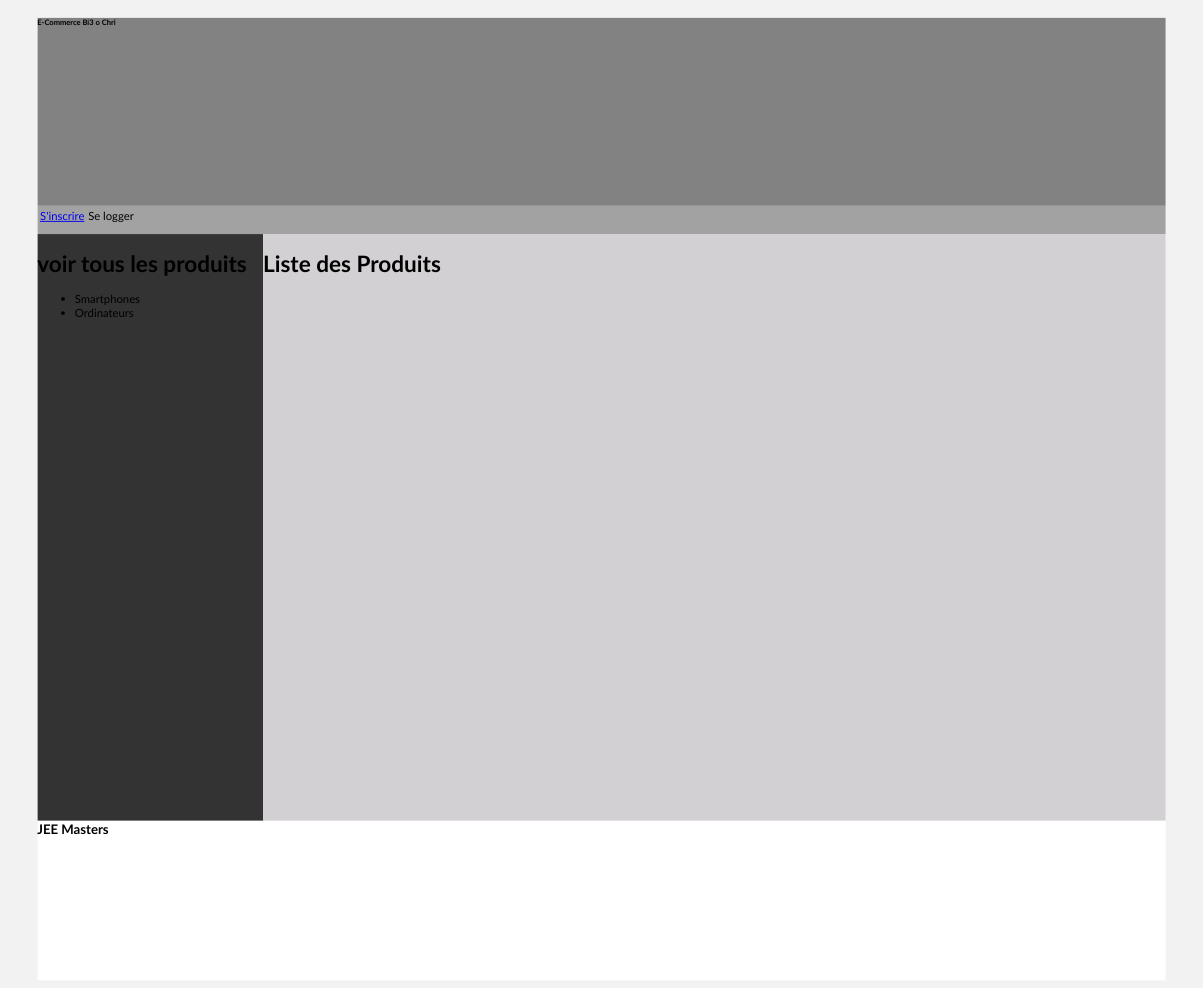
Repository: EBusinesss/Ebusiness
Page: http://localhost/EcomWEB/
An editor plug-in stored every save of this project. The page is shown before and after the next save, followed by the edit.
The browser window is 1280 px wide. The pictures show the whole page, at 94% of full size.
The page is served by Tomcat 9. Nobody is signed in. The application's start-up code is not run.

Above is the page before, as saved 2014-12-08 20:59:25.

After the next save:
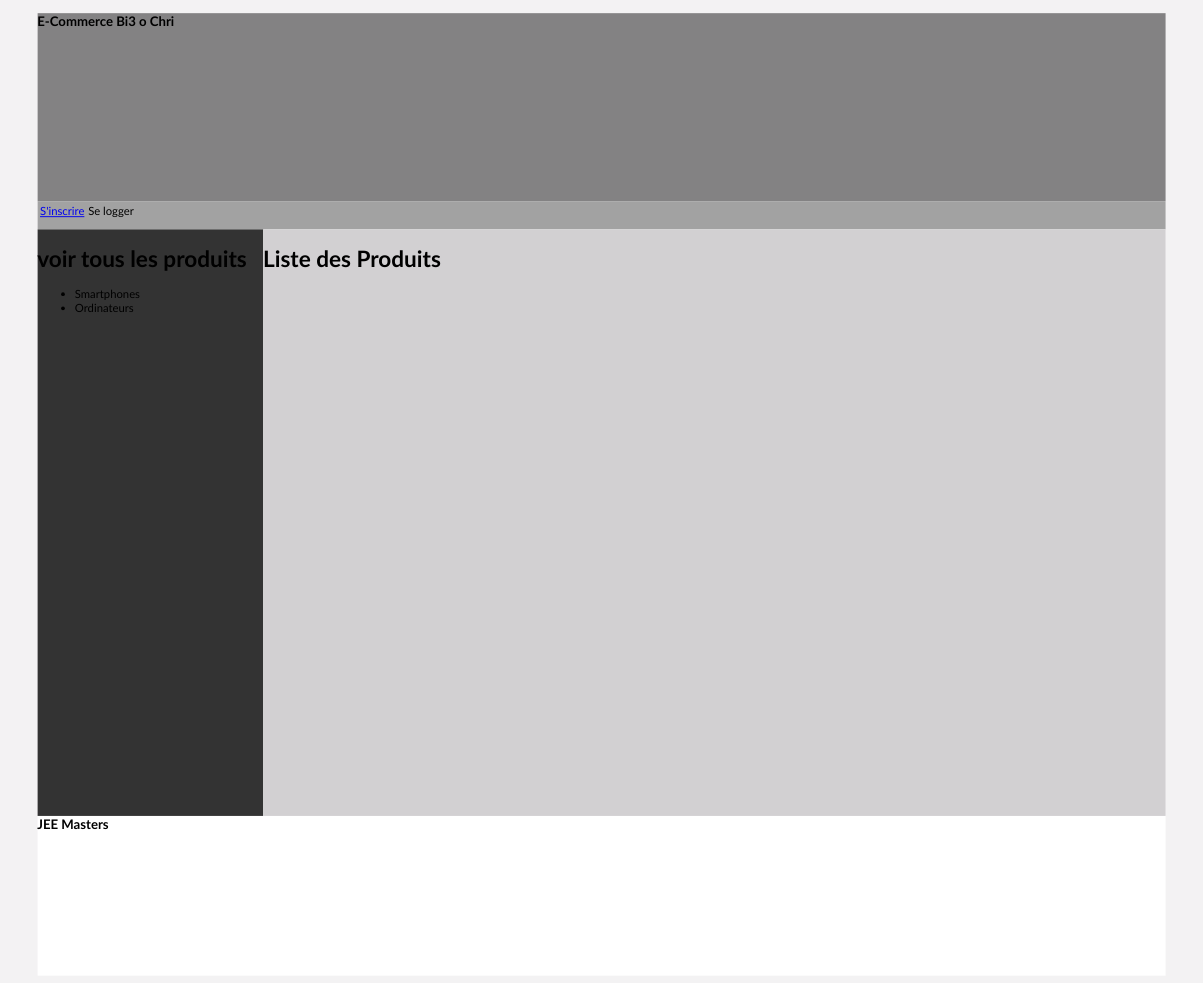
Saved 2 min 5 s later.
--- a/Workspace/EcomWEB/WebContent/index.jsp
+++ b/Workspace/EcomWEB/WebContent/index.jsp
@@ -13,7 +13,7 @@
 <div id="wrapper">
 
 	<div id="header">
-	<h6>E-Commerce Bi3 o Chri</h6>
+	<h3>E-Commerce Bi3 o Chri</h3>
 	</div>
 
 	<div id="navigation">
